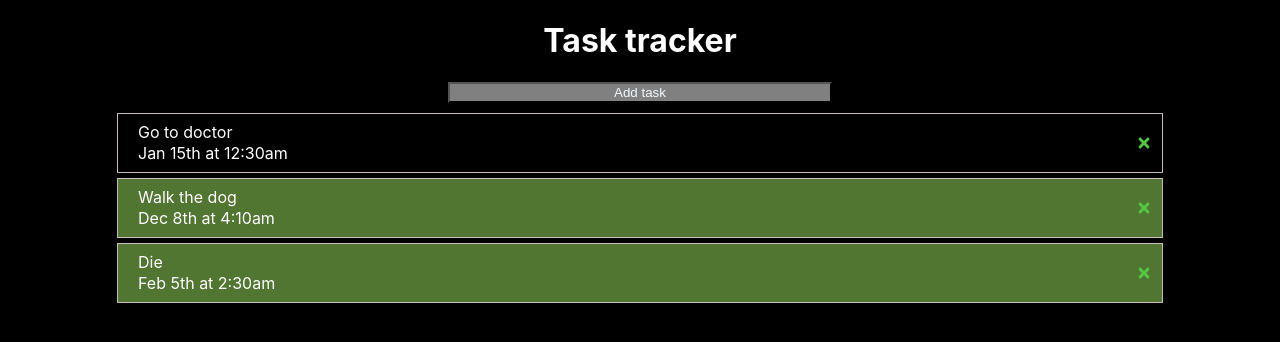
Repository: roscaImarius/task-tracker-react
Page: /
The author's editor kept a copy of each file at every save. The page is drawn from the files as they stood at one save, then again after the next save.
The browser window is 1280 px wide. The pictures show the whole page.
The project was rebuilt for these pictures with package versions that can differ from the ones it lists, and the page was loaded fresh each time. Also part of the build but not shown: src/components/AddTask.js.

Above is the page before, as saved 2021-03-31 13:03:46.

After the next save:
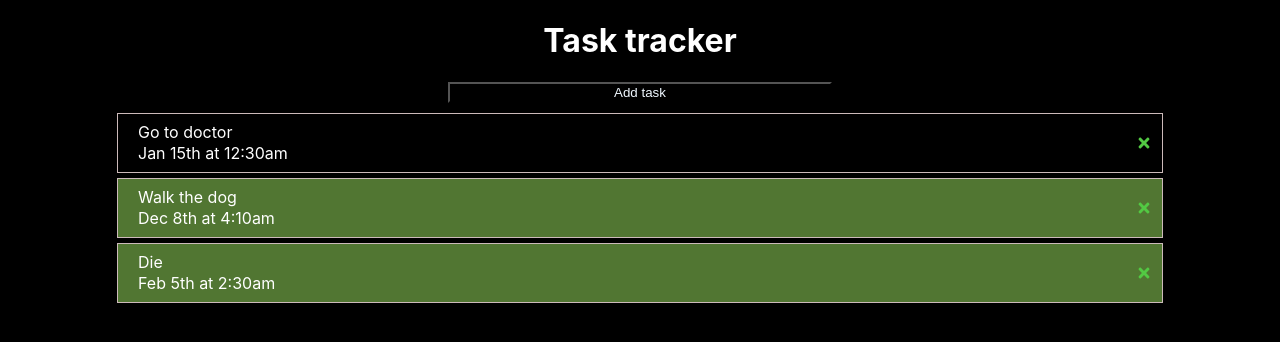
Saved 8 s later.
--- a/src/components/Button.js
+++ b/src/components/Button.js
@@ -11,8 +11,8 @@ const Button = ({ color, showAdd, onClick }) => {
     </button>
   );
 };
-Button.defaultProps = {
-  color: "gray",
-};
+// Button.defaultProps = {
+//   color: "gray",
+// };
 
 export default Button;
